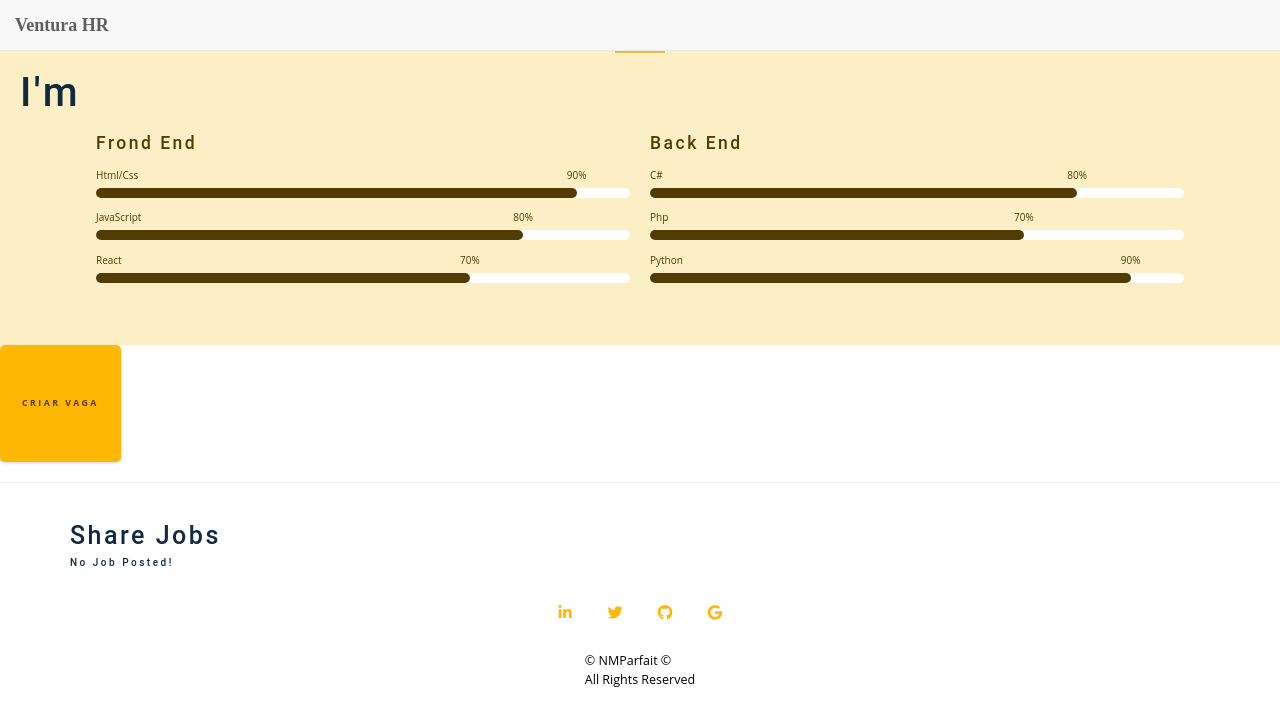
Repository: nmparfait/HumanResources-Ventura
Page: http://localhost/venturaWeb/WEB-INF/jsp/empresa/home.jsp
These files come from the project's save history. The page is drawn as it stood at one moment and after the next save; the edit follows.
The browser window is 1280 px wide. The pictures show the whole page.
Some web fonts or font styles are not loaded; a fallback is used. Some web libraries are served in a nearby version. The page is served by Tomcat 9. Nobody is signed in. The template is opened directly, without the code that normally fills it, so the values that code supplies are empty.

Above is the page before, as saved 2021-09-27 22:35:42.

After the next save:
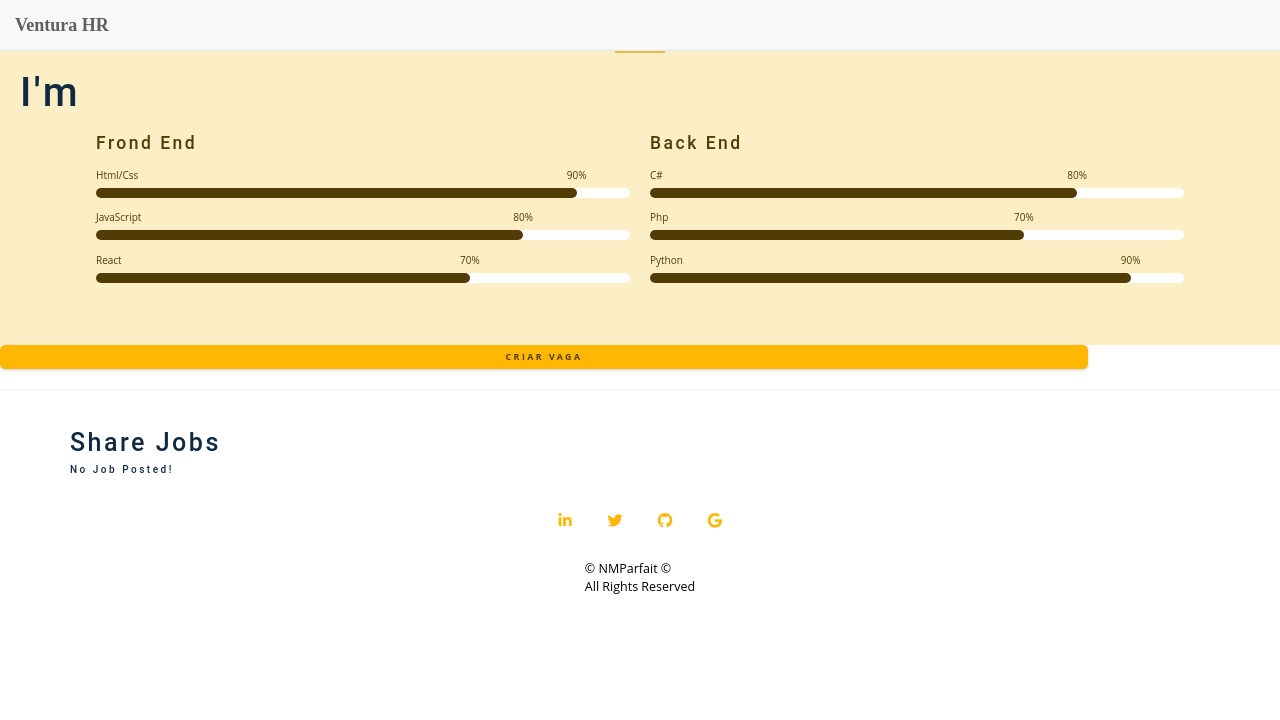
Saved 77 s later.
--- a/venturaWeb/src/main/webapp/WEB-INF/jsp/empresa/home.jsp
+++ b/venturaWeb/src/main/webapp/WEB-INF/jsp/empresa/home.jsp
@@ -121,7 +121,7 @@
     <!-- end of skills -->
 		    <div class="form-group">
 		        <form action="/postarVaga" method="get">
-		            <button type="submit" class="btn btn-default section">Criar Vaga</button>
+		            <button type="submit" class="btn btn-default section-center">Criar Vaga</button>
 		        </form>
 		    </div>
 		</div>
